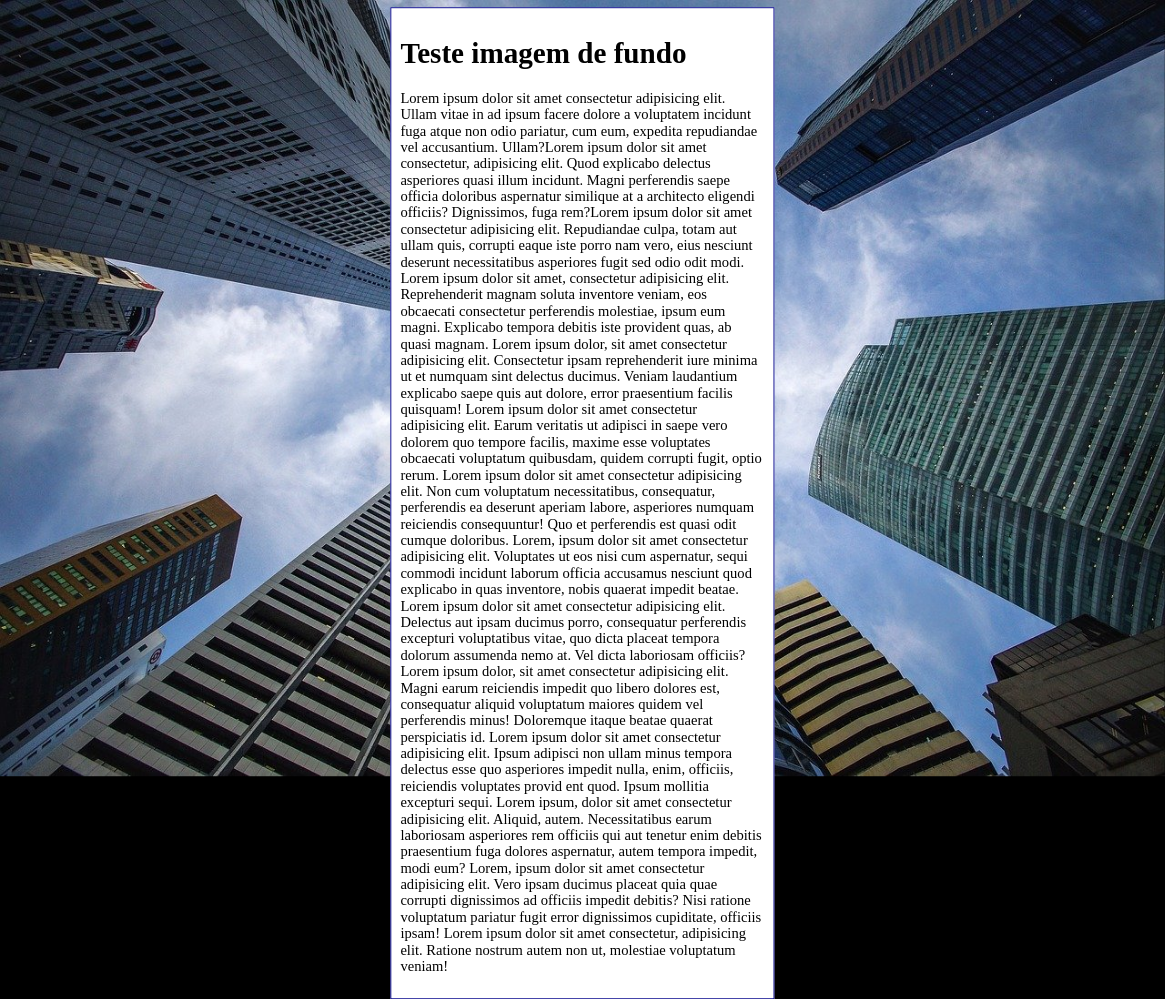
Repository: Leonngc/html-css
Page: Exercicios/ex023/funndo006.html
These files come from the project's save history. The page is drawn as it stood at one moment and after the next save; the edit follows.
The browser window is 1280 px wide. The pictures show the whole page, at 91% of full size.
Backgrounds fixed to the window are drawn as part of the page.

Above is the page before, as saved 2022-10-27 19:27:30.

After the next save:
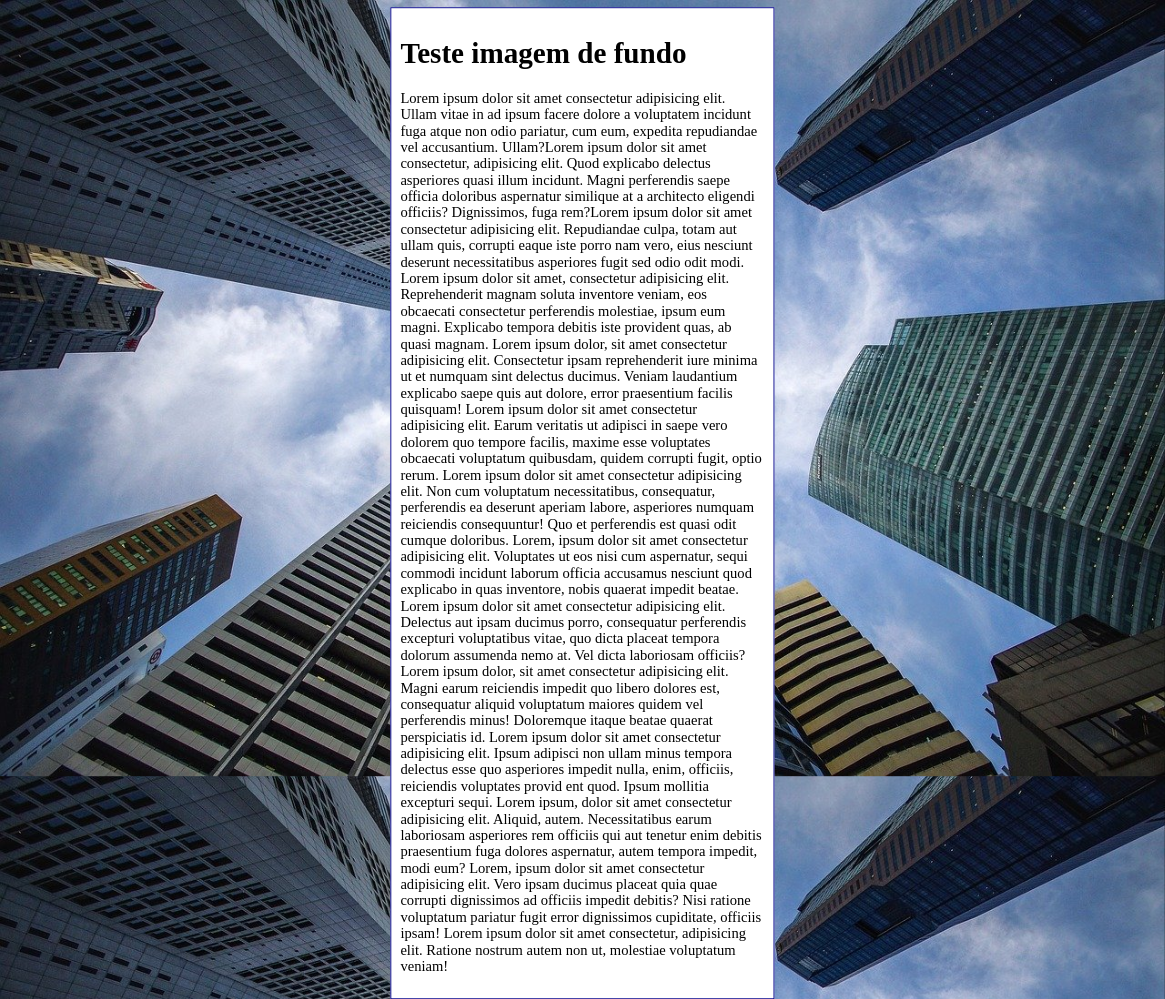
Saved 16 s later.
--- a/Exercicios/ex023/funndo006.html
+++ b/Exercicios/ex023/funndo006.html
@@ -14,7 +14,7 @@
             background-position: top center;
             background-repeat: no-repeat;
             background-size: cover;
-            background-attachment: scroll;
+            background-attachment: fixed;
 
         }
         main{
